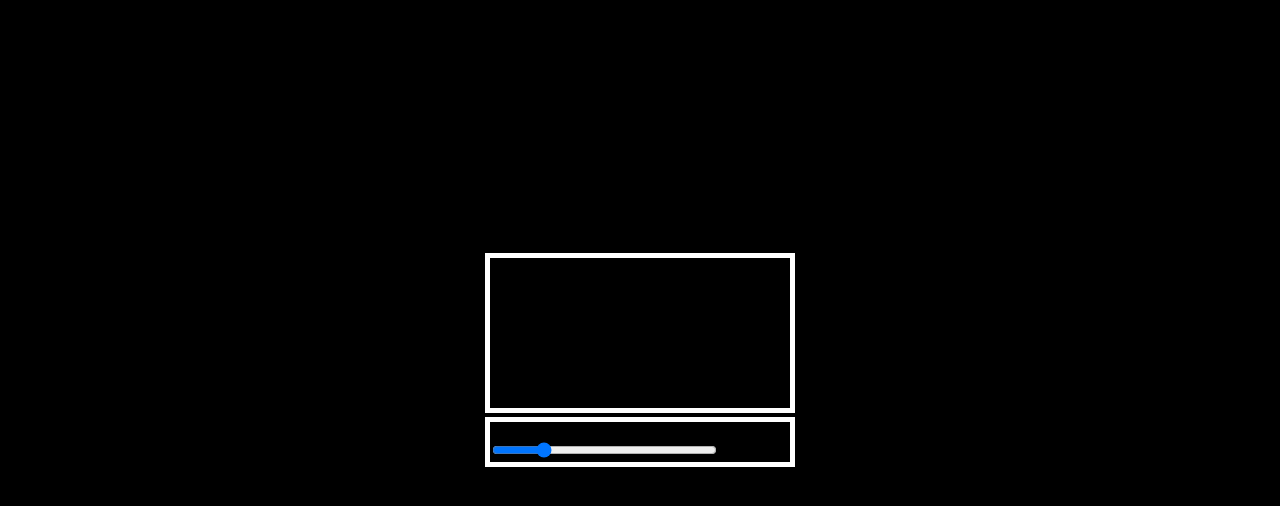
Repository: rosieomusic/ascii-art
Page: index.html
These files come from the project's save history. The page is drawn as it stood at one moment and after the next save; the edit follows.
The browser window is 1280 px wide. The pictures show the whole page.

Above is the page before, as saved 2025-04-16 12:49:44.

### index.html
<!DOCTYPE html>
<html>
	<head>
		<meta charset="UTF-8" />
		<meta
			http-equiv="X-UA-Compatible"
			content="IE-edge"
		/>
		<title>Pixels</title>
		<link
			rel="stylesheet"
			href="styles.css"
		/>
	</head>
	<body>
		<div class="container">
			<canvas id="canvas1"></canvas>
			<div class="controls">
				<label
					for="resolution"
					id="resolutionLabel"
					>Resolution 5 px</label
				>
				<input
					type="range"
					id="resoulution"
					name="resolution"
					min="1"
					max="20"
					value="5"
				/>
			</div>
		</div>

		<script src="script.js"></script>
	</body>
</html>

### styles.css
body {
	background: black;
}
.container {
	position: absolute;

	top: 50%;
	left: 50%;
	transform: translate(-50%, -50%);
}
#canvas1 {
	border: 5px solid white;
}
.controls {
	border: 5px solid white;
}
.controls > input {
	width: 75%;
}

Loaded but not shown: script.js (no copy from this time; the picture is the same without it)

After the next save:
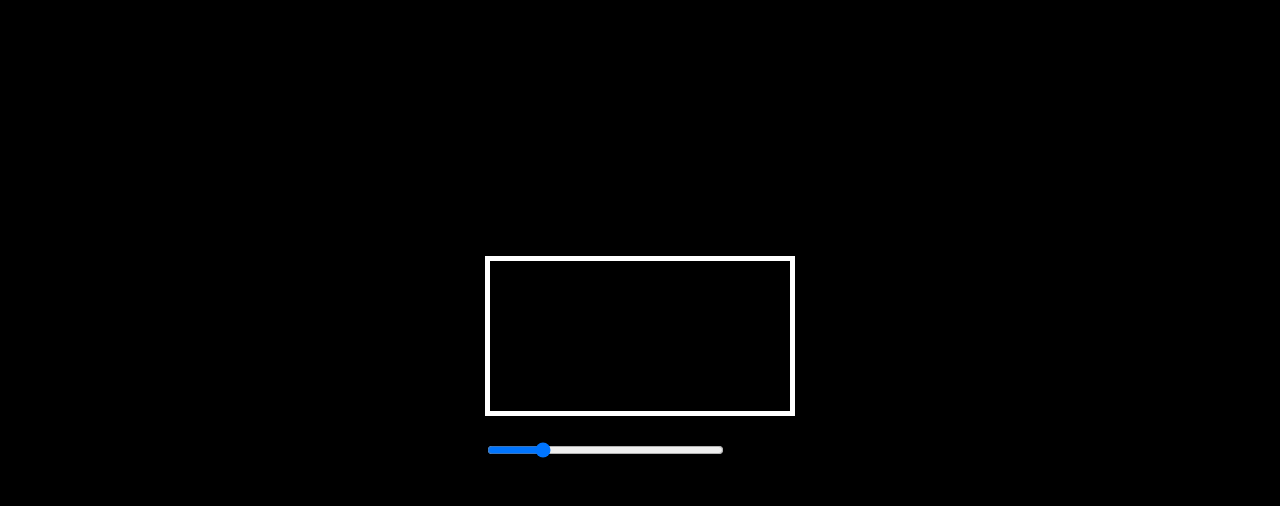
Saved 28 s later.
--- a/styles.css
+++ b/styles.css
@@ -12,8 +12,8 @@
 	border: 5px solid white;
 }
 .controls {
-	border: 5px solid white;
 }
 .controls > input {
+	border: 2px solid white;
 	width: 75%;
 }
